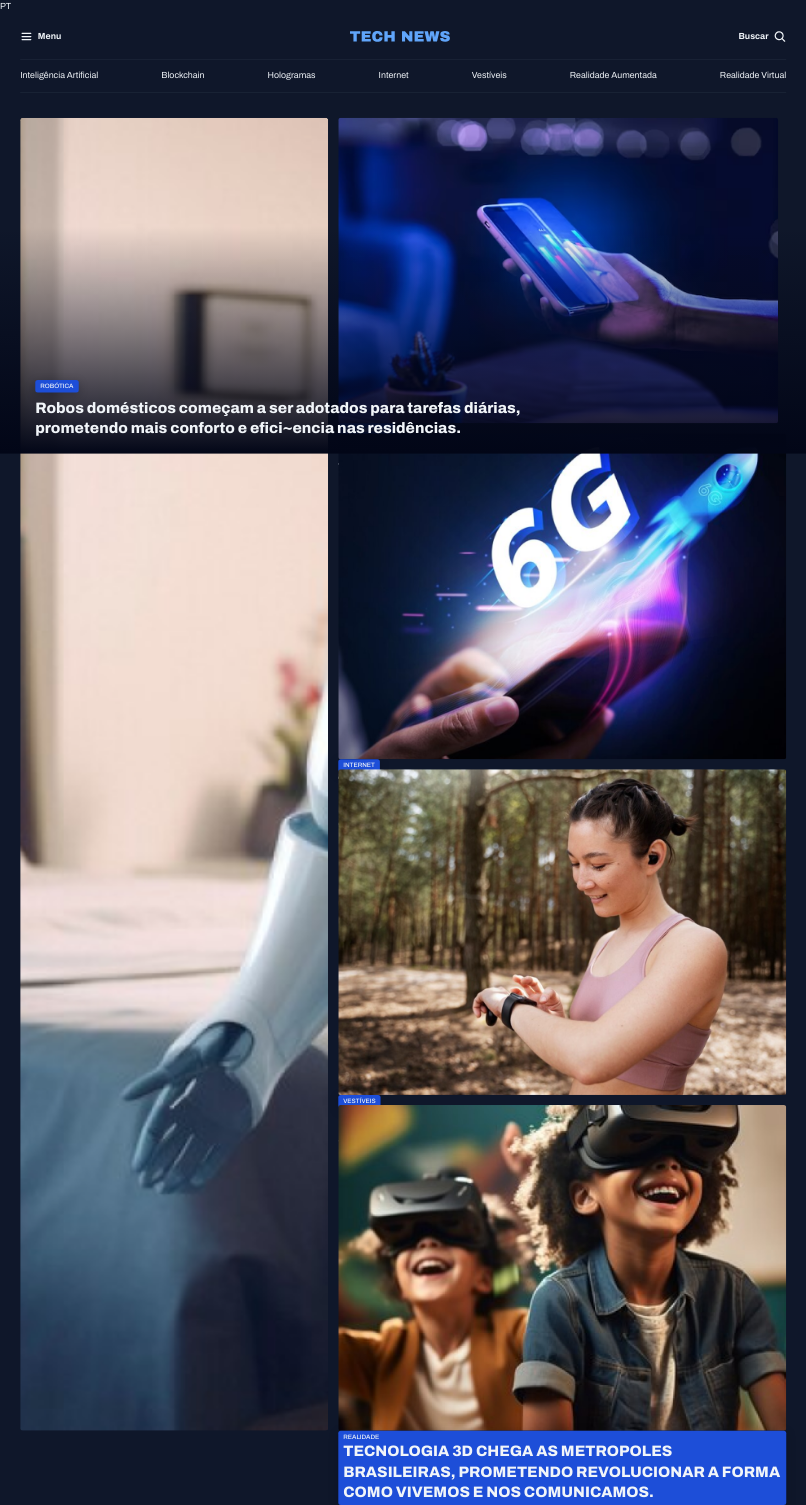
Repository: JeffRodFer/portalDeNoticias
Page: index.html
These files come from the project's save history. The page is drawn as it stood at one moment and after a run of saves; the edit follows.
The browser window is 1280 px wide. The pictures show the whole page, at 63% of full size.

Above is the page before, as saved 2025-04-15 22:00:52.

### index.html
PT<!DOCTYPE html>
<html lang="pt-BR">
  <head>
    <link rel="preconnect" href="https://fonts.googleapis.com">
  <link rel="preconnect" href="https://fonts.gstatic.com" crossorigin>
  <meta charset="UTF-8">
  <meta name="viewport" content="width=device-width, initial-scale=1.0">
  <title>Portal de Notícias</title>
  <link rel="stylesheet" href="styles/index.css">

  <link href="https://fonts.googleapis.com/css2?family=Archivo:ital,wght@0,100..900;1,100..900&family=Bree+Serif&family=Poppins:wght@400;700&display=swap" rel="stylesheet">

</head>
<body>
  <header class="container">
    <nav id="primary" class="grid grid-flow-col">
      <div>
        <img src="assets/icons/List.svg" alt="ícone de menu">
        <strong>Menu</strong>
      </div>
        <div>
          <img src="assets/Logo (1).svg" alt="TechNews logo">
        </div>
        <div>
          <strong>Buscar</strong>
          <img src="assets/icons/MagnifyingGlass.svg" alt="ícone de lupa para pesquisa">
        </div>
    </nav>
    <nav id="secondary" class="grid grid-flow-col">
      <a href="#">Inteligência Artificial</a>
      <a href="#">Blockchain</a>
      <a href="#">Hologramas</a>
      <a href="#">Internet</a>
      <a href="#">Vestíveis</a>
      <a href="#">Realidade Aumentada</a>
      <a href="#">Realidade Virtual</a>
    </nav>
  </header>
  <main class="grid container">
    <section id="featured" class="grid grid-flow-col gap-16">
      <figure class="card">
        <img src="assets/images/Image 01.png" alt="">

        <figcaption>
          <span class="content-tag">robótica</span>
          <h2 class="text-2xl">
            Robos domésticos começam a ser adotados para tarefas diárias, <br> prometendo mais conforto e efici~encia nas residências.
          </h2>
        </figcaption>
      </figure>
      <div class="grid grid cols-2 gap-16">
        <figure>
          <img src="assets/images/Image 02.png" alt="Novo Smartphone Projetor 3D chega ao mercado, transformando a forma como vemos as nossas telas!">

          <figcaption>
            <span class="content-tag">Hologramas</span>
            <h2 class="text-2xl">
              Novo Smartphone Projetor 3D chega ao mercado, transformando a forma como vemos as nossas telas!
            </h2>
          </figcaption>
        </figure>
        <figure>
          <img src="assets/images/Image 03.png" alt="">

          <figcaption>
            <span class="content-tag">Internet</span>
            <h2 class="text-2xl">
            Tecnologia 3D chega as metropoles brasileiras, prometendo revolucionar a forma como vivemos e nos comunicamos.
            </h2>
          </figcaption>
      </figure>
        <figure>
          <img src="assets/images/Image 04.png" alt="">

          <figcaption>
            <span class="content-tag">Vestíveis</span>
            <h2 class="text-2xl">
            Empresa lança relógio inteligente capaz de monitorar a saúde mental, oferecendo insights valiosos para os médicos.
            </h2>
          </figcaption>
        </figure>
        <figure>
          <img src="assets/images/Image 05.png" alt="">

          <figcaption>
            <span class="content-tag">Realidade
            <h2 class="text-2xl">
            Tecnologia 3D chega as metropoles brasileiras, prometendo revolucionar a forma como vivemos e nos comunicamos.
            </h2>
          </figcaption>
        </figure>
      </div>
    </section>
  </main>
</body>
</html>

### styles/global.css
* {
  margin: 0;
  padding: 0;
  box-sizing: border-box;
}

:root {
  --brand-color-light: #60a5fa ;
  --brand-color-dark: #1d4ed8;
  --bg-color: #0f172a;
  --stroke-color: #1e293b;
  --text-color-primary: #f1f5f9;
  --text-color-secondary: #cbd5e1;

  --font-family: 'Archivo', sans-serif;
  --h1: 800 24px/135% var(--font-family);
  --h2: 800 16px/140% var(--font-family);
  --h3: 800 14px/140% var(--font-family);
  --text-span: 400 16px/140% var(--font-family);
  --text: 400 14px/160% var(--font-family);

}

body {
  font: var(--text);
  color: var(--text-color-primary);
  background-color: var(--bg-color);
}

a {
  text-decoration: none;
  color: inherit;
}

a:hover {
  color: var(--brand-color-light);
}

h1,h2,h3 {
  font:inherit;
}

img {
  max-width: 100%;
}

.container {
  max-width: 1280px;
  padding-inline: 32px;
  margin-inline: auto;
}
main {
  margin-top: 40px ;
}
.content-tag {
  display: inline-block;
  background-color: var(--brand-color-dark);
  padding: 4px 8px;
  border-radius: 4px;
  font: 500 10px/1.2 var(--font-family);
  text-transform: uppercase;
  color: var(--text-color-primary);
  box-shadow: 0px 4px 16px rgba(2, 3, 23, 0.251);
}

### styles/utility.css
/* utility-first */
.grid {
  display: grid;
}
.grid-flow-col {
  grid-auto-flow: column;
}

.grid-cols-2 {
  grid-template-columns: 1fr 1fr;
}

.gap-16 {
  gap: 16px;
}

.text-2xl {
  font: var(--h1);
}
.text-2x {
  font: var(--h2);
}
.text-lg {
  font: var(--h3);
}
.text-sm {
  font: var(--text-sm);
}

### styles/header.css
#primary {
  padding-block: 20px;

  div {
    display: flex;
    align-items: center;
    gap: 8px;
  }

  /* nesting css */
  div:nth-child(2) {
    margin-inline: auto;
}
div:nth-child(3) {
  justify-self: end;
}
}
#secondary {
  padding-block: 14px;
  border: solid 1px var(--stroke-color);
  border-inline: none;
  justify-content: space-between;
}

### styles/sections.css
#featured {
  img {
    height: 100%;
    object-fit: cover;
    border-radius: 4px;
  }
.card {
  border-radius: 4px;
  overflow: hidden;
  object-fit: relative;

  &::before {
   content: "";
   position: absolute;
   inset: 0;
   top: 50%;
   background: linear-gradient(
    180deg,
    transparent 0%,
    #020617 100%
   );
  }
  figcaption {
    position: absolute;
    bottom: 0;

    padding: 24px;

    h2 {
      margin-top: 8px;
    }
  }
}
}

Loaded but not shown: styles/index.css (common file)

After the next 3 saves:
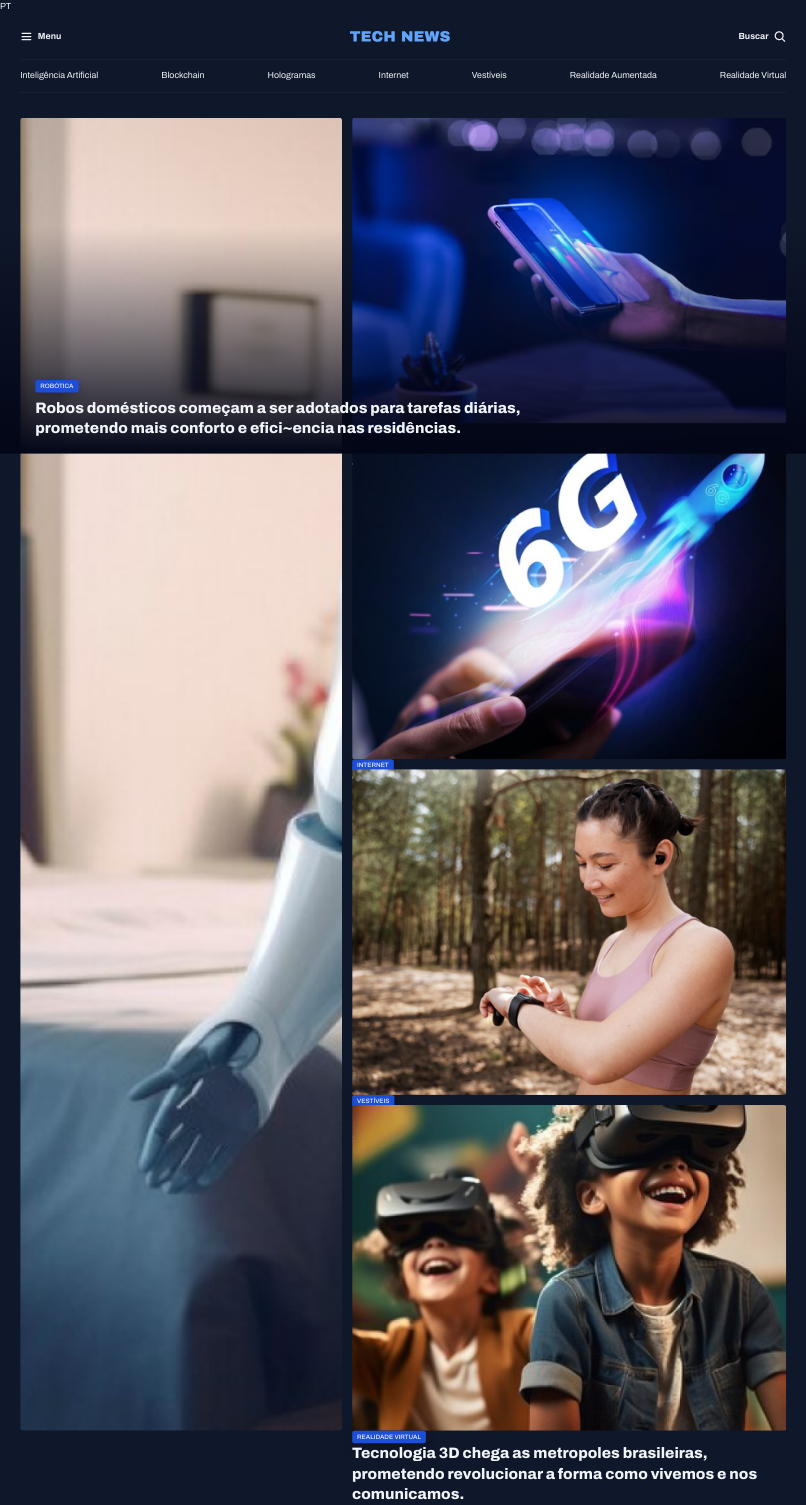
The 3 saves are shown as one change because they came seconds apart.
The last was saved 8 s later.
--- a/index.html
+++ b/index.html
@@ -83,7 +83,7 @@ PT<!DOCTYPE html>
           <img src="assets/images/Image 05.png" alt="">
 
           <figcaption>
-            <span class="content-tag">Realidade
+            <span class="content-tag">Realidade Virtual</span>
             <h2 class="text-2xl">
             Tecnologia 3D chega as metropoles brasileiras, prometendo revolucionar a forma como vivemos e nos comunicamos.
             </h2>
